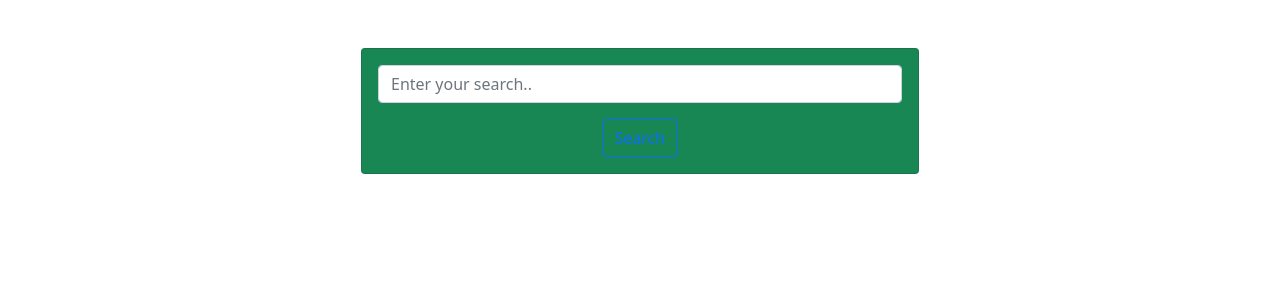
Repository: Hits-95/Spring
Page: http://localhost/SpringMVC_Search/home
These files come from the project's save history. The page is drawn as it stood at one moment and after the next save; the edit follows.
The browser window is 1280 px wide. The pictures show the whole page.
The page is served by Tomcat 9.

Above is the page before, as saved 2021-04-10 07:06:23.

After the next save:
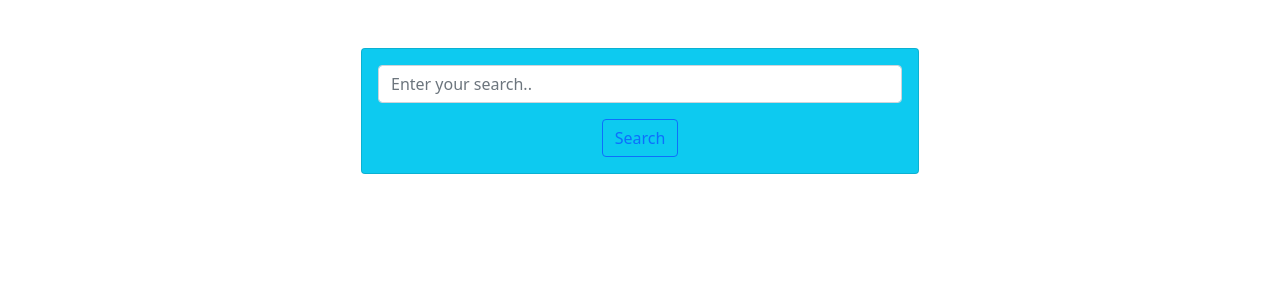
Saved 23 s later.
--- a/SpringMVC_Search/src/main/webapp/WEB-INF/views/home.jsp
+++ b/SpringMVC_Search/src/main/webapp/WEB-INF/views/home.jsp
@@ -9,7 +9,7 @@
 </head>
 <body>
 	<div class="container">
-		<div class="card mx-auto mt-5 bg-success" style="width: 50%;">
+		<div class="card mx-auto mt-5 bg-info" style="width: 50%;">
 			<!-- <img src="..." class="card-img-top" alt="..."> -->
 			<div class="card-body">
 				<form action="">
